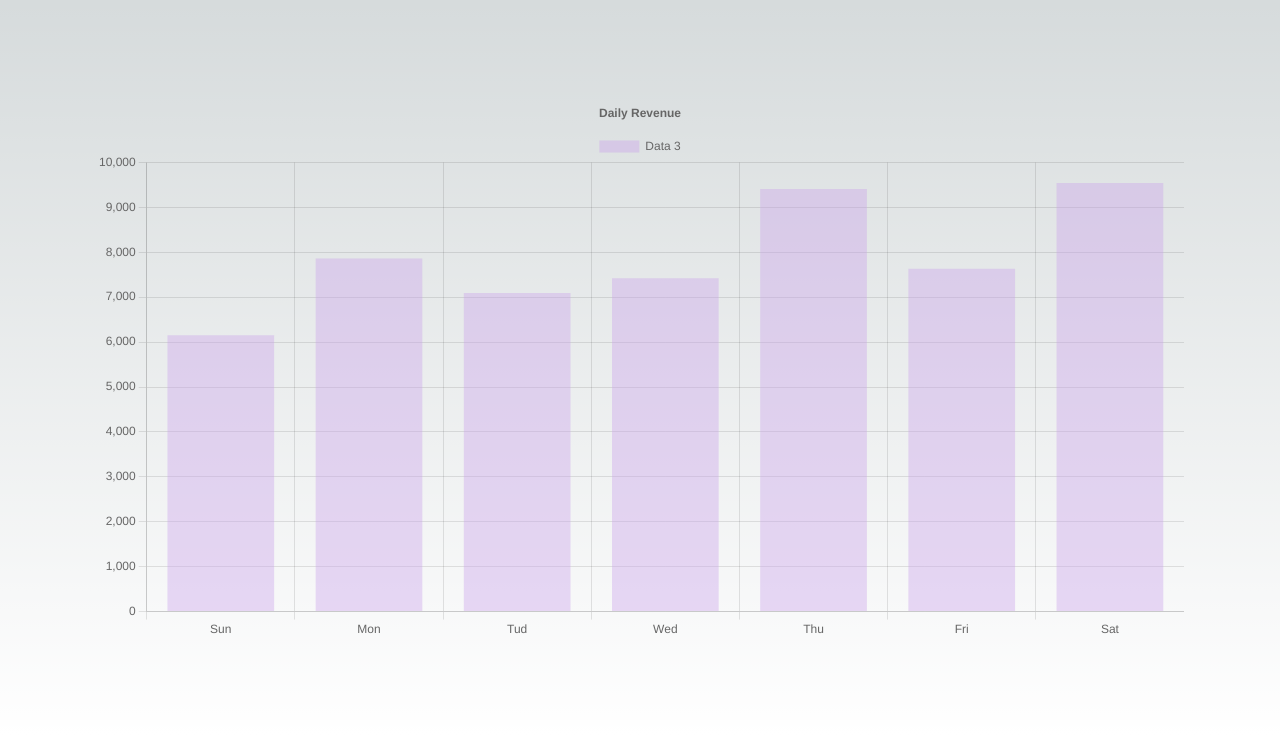
Repository: klee616/exercise-5
Page: /
The author's editor kept a copy of each file at every save. The page is drawn from the files as they stood at one save, then again after the next save.
The browser window is 1280 px wide. The pictures show the whole page.
The project was rebuilt for these pictures with package versions that can differ from the ones it lists, and the page was loaded fresh each time. The framework's server and built-in components were replaced by stand-ins that run in the browser. Also part of the build but not shown: next.config.mjs, components/VerticalChart/index.js.

Above is the page before, as saved 2024-04-15 10:23:13.

After the next save:
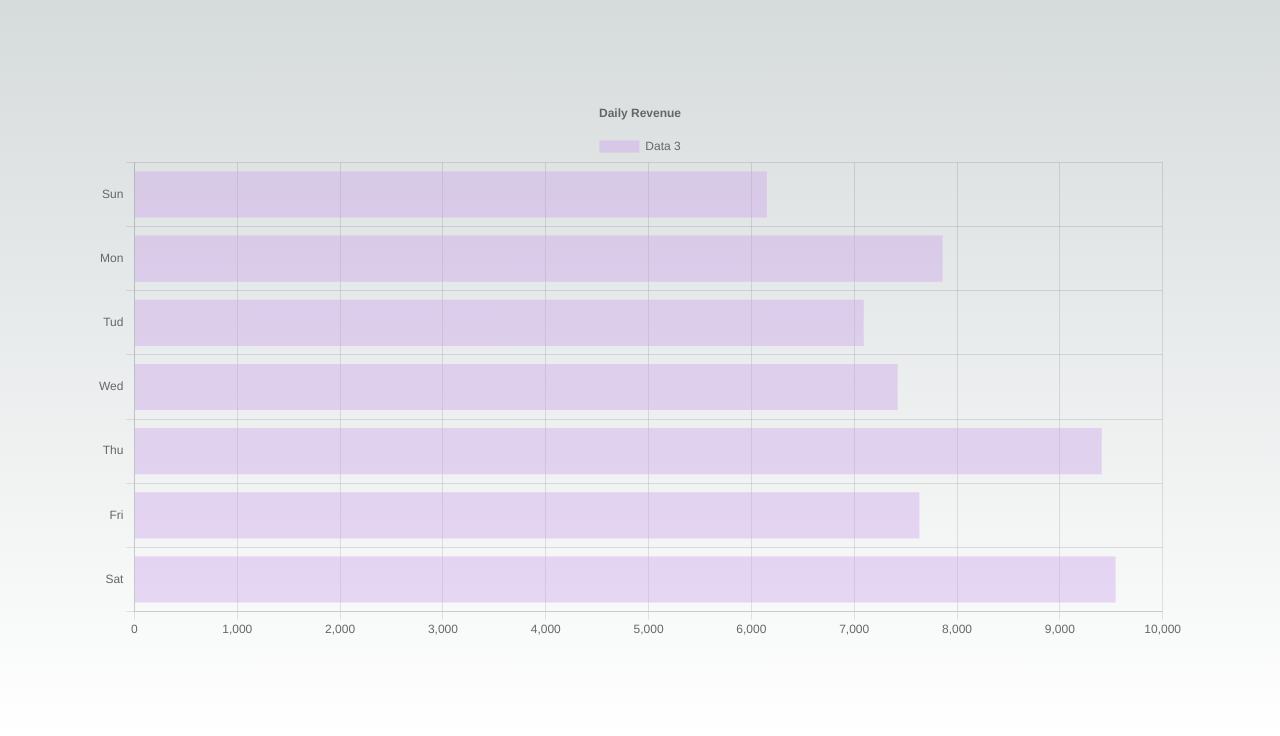
Saved 3 min 49 s later.
--- a/components/HorizontalChart/index.js
+++ b/components/HorizontalChart/index.js
@@ -37,6 +37,7 @@ export default function HorizontalChart() {
         });
 
         setChartOptions({
+            indexAxis: 'y',
             plugins: {
                 legend: {
                     position: 'top'
@@ -46,7 +47,7 @@ export default function HorizontalChart() {
                     text: "Daily Revenue"
                 }
             },
-            maintainAspectRatio: false,
+            maintainAspectRatio: true,
             responsive: true
         })
     }, []);
